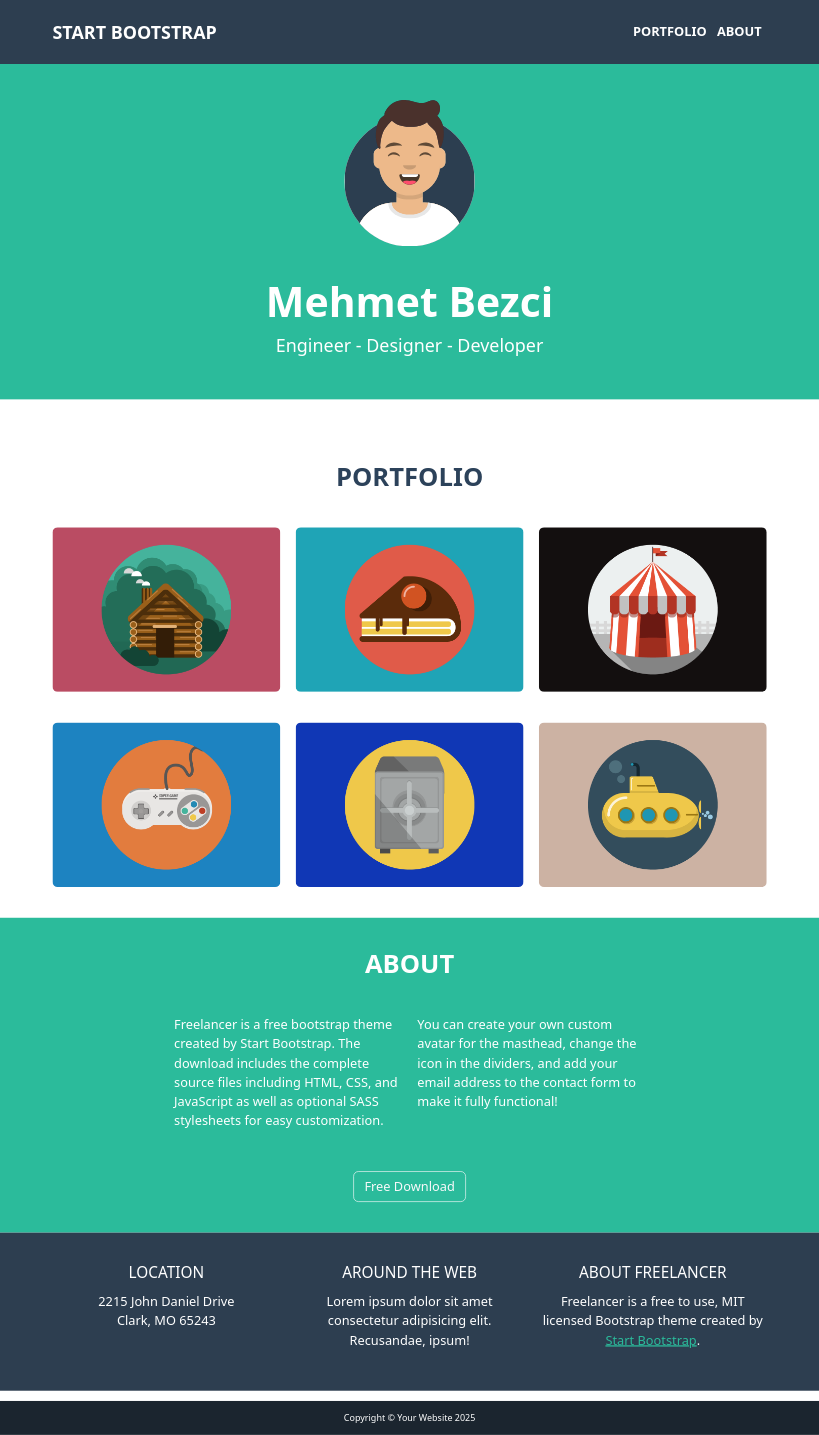
Repository: 7JaxeN7/WT-1255P-Mehmet_BEZC-
Page: index.html
These files come from the project's save history. The page is drawn as it stood at one moment and after a run of saves; the edit follows.
The browser window is 1280 px wide. The pictures show the whole page, at 64% of full size.

Above is the page before, as saved 2025-01-07 01:03:53.

### index.html
<!DOCTYPE html>
<html lang="tr">

<head>
  <meta charset="UTF-8">
  <meta name="viewport" content="width=device-width, initial-scale=1.0">
  <link rel="stylesheet" href="style.css">
  <link href="https://cdn.jsdelivr.net/npm/bootstrap@5.3.3/dist/css/bootstrap.min.css" rel="stylesheet"
    integrity="sha384-QWTKZyjpPEjISv5WaRU9OFeRpok6YctnYmDr5pNlyT2bRjXh0JMhjY6hW+ALEwIH" crossorigin="anonymous">
  <title>Start Bootstrap</title>
</head>

<body>
  <!-- Navbar -->
  <header>
    <nav class="navbar navbar-expand-lg navbar-bg">
      <div class="container pt-3 pb-3">
        <a class="navbar-brand text-white fw-bolder fs-3" href="#">START BOOTSTRAP</a>
        <button class="navbar-toggler" type="button" data-bs-toggle="collapse" data-bs-target="#navbarNav"
          aria-controls="navbarNav" aria-expanded="false" aria-label="Toggle navigation">
          <span class="navbar-toggler-icon"></span>
        </button>
        <div class="collapse navbar-collapse" id="navbarNav">
          <ul class="navbar-nav ms-auto">
            <li class="nav-item">
              <a class="nav-link text-white fw-bolder fs-5" href="#portfolio">PORTFOLIO</a>
            </li>
            <li class="nav-item">
              <a class="nav-link text-white fw-bolder fs-5" href="#about">ABOUT</a>
            </li>
          </ul>
        </div>
      </div>
    </nav>
  </header>
  <!-- Herosection -->
  <div class="herosection-bg pt-5 pb-5">
    <div class="container text-center">
      <img src="/assets/img/avataaars.svg" width="20%" />
      <h1 class="mt-5 text-white fw-bolder display-3">Mehmet Bezci</h1>
      <p class="text-white fs-3">Engineer - Designer - Developer</p>
    </div>
  </div>
  <!-- Portfolio -->
  <div class="portfolio-section" id="portfolio">
    <h2 class="text-center mt-5 pt-5 pb-5 fs-1 fw-semibold portfolio-tittle">PORTFOLIO</h2>
    <div class="container">
      <div class="row">
        <div class="col-12 col-md-6 col-lg-4 mb-5">
          <img src="/assets/img/cabin.png" class="img-fluid rounded-3">
        </div>
        <div class="col-12 col-md-6 col-lg-4 mb-5">
          <img src="/assets/img/cake.png" class="img-fluid rounded-3">
        </div>
        <div class="col-12 col-md-6 col-lg-4 mb-5">
          <img src="/assets/img/circus.png" class="img-fluid rounded-3">
        </div>
        <div class="col-12 col-md-6 col-lg-4 mb-5">
          <img src="/assets/img/game.png" class="img-fluid rounded-3">
        </div>
        <div class="col-12 col-md-6 col-lg-4 mb-5">
          <img src="/assets/img/safe.png" class="img-fluid rounded-3">
        </div>
        <div class="col-12 col-md-6 col-lg-4 mb-5">
          <img src="/assets/img/submarine.png" class="img-fluid rounded-3">
        </div>
      </div>
    </div>
  </div>
  <!-- About -->
  <div class="about-section" id="about">
    <div class="container">
      <h2 class="about-tittle fs-1 fw-semibold text-center pt-5 pb-5"> ABOUT</h2>
      <div class="row justify-content-center">
        <div class="col-lg-4 fs-5 text-white">
          <p>
            Freelancer is a free bootstrap theme created by Start Bootstrap. The download includes the complete source
            files including HTML, CSS, and JavaScript as well as optional SASS stylesheets for easy customization.
          </p>
        </div>
        <div class="col-lg-4 fs-5 text-white">
          <p>
            You can create your own custom avatar for the masthead, change the icon in the dividers, and add your email
            address to the contact form to make it fully functional!
          </p>
        </div>
      </div>
      <div class="d-flex justify-content-center">
        <button class="mt-5 mb-5 btn btn-outline-light btn-lg">Free Download</button>
      </div>
    </div>
  </div>
  <!-- Footer -->
  <footer>
    <div class="footer-section pt-5 pb-5">
      <div class="container">
        <div class="row">
          <div class="col-lg-4 text-center px-3">
            <h5 class="fs-4 text-white mb-3">LOCATION</h5>
            <p class="text-white fs-5 px-5">
              2215 John Daniel Drive Clark, MO 65243
            </p>
          </div>
          <div class="col-lg-4 text-center px-3">
            <h5 class="fs-4 text-white mb-3 text-uppercase">Around the Web</h5>
            <p class="text-white fs-5">
              Lorem ipsum dolor sit amet consectetur adipisicing elit. Recusandae, ipsum!
            </p>
          </div>
          <div class="col-lg-4 text-center px-3">
            <h5 class="fs-4 text-white mb-3 text-uppercase">About Freelancer</h5>
            <p class="text-white fs-5">
              Freelancer is a free to use, MIT licensed Bootstrap theme created by <a class="footer-link" href="/"> Start Bootstrap</a>.
            </p>
          </div>
        </div>
      </div>
    </div>
  </footer>
  <div class="copyright-section copyright-bg py-3 mt-3 text-white text-center small">
    Copyright &#169; Your Website 2025
  </div>
  <!-- Burası bootstrap script kısmı -->
  <script src="https://cdn.jsdelivr.net/npm/bootstrap@5.3.3/dist/js/bootstrap.bundle.min.js"
    integrity="sha384-YvpcrYf0tY3lHB60NNkmXc5s9fDVZLESaAA55NDzOxhy9GkcIdslK1eN7N6jIeHz"
    crossorigin="anonymous"></script>
</body>

</html>

### style.css
.navbar-bg {
  background-color: #2d3e50 !important;
}
.herosection-bg{
    background-color: #2bbb9b ;
}
.portfolio-tittle{
    color: #2c425a;
}
.about-section{
    background-color: #2bbb9b ;
}
.about-tittle{
    color: #ffffff;
}
.footer-section{
    background-color: #2d3e50;
}
.footer-link{
    color: #2bbb9b ;
}
a.footer-link:hover{
    color: #1a7971 ;
}
a.nav-link:hover{
    color:#2bbb9b !important;
}
.copyright-bg{
    background-color: #1b252f;
}

After the next 2 saves:
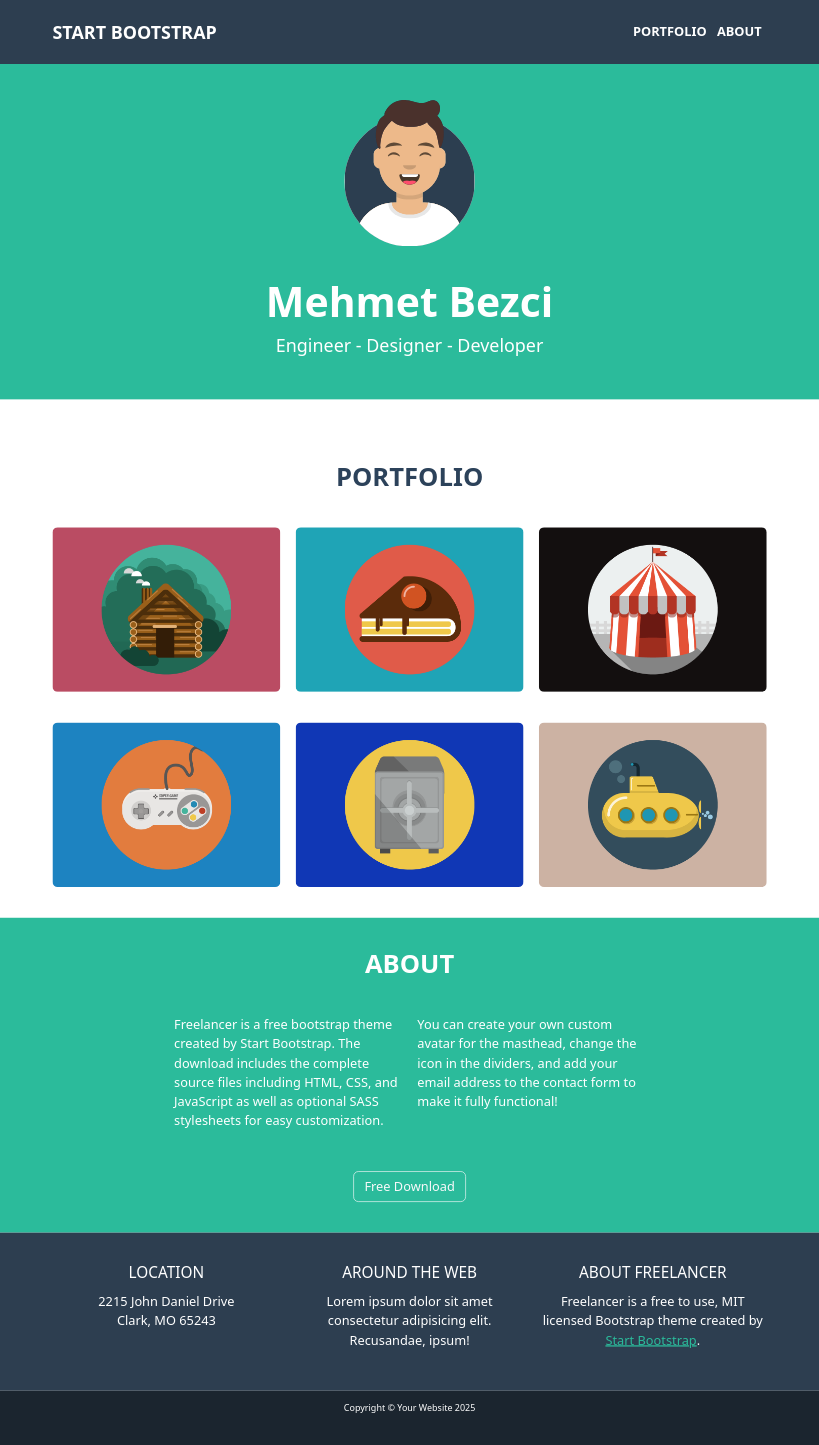
The 2 saves are shown as one change because they came seconds apart.
The last was saved 12 s later.
--- a/index.html
+++ b/index.html
@@ -117,7 +117,7 @@
       </div>
     </div>
   </footer>
-  <div class="copyright-section copyright-bg py-3 mt-3 text-white text-center small">
+  <div class="copyright-section copyright-bg py-3 pb-5 text-white text-center small">
     Copyright &#169; Your Website 2025
   </div>
   <!-- Burası bootstrap script kısmı -->
